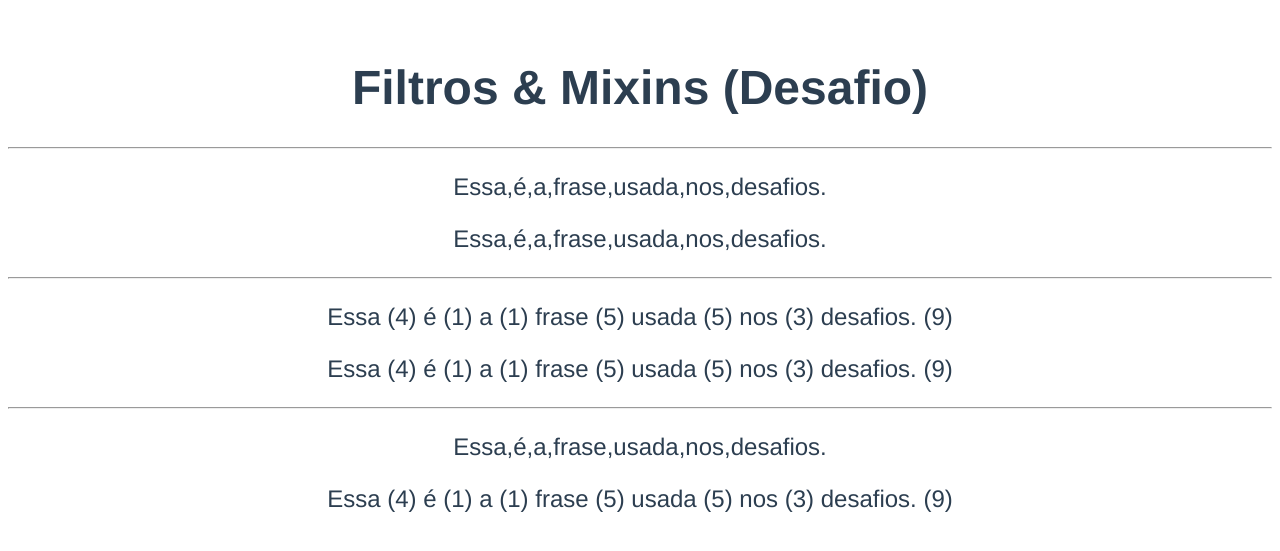
Repository: LucianoBitt/Curso_VueJS
Page: / (app in 11_filtros-mixins/filtros-mixins-desafio/)
The author's editor kept a copy of each file at every save. The page is drawn from the files as they stood at one save, then again after the next save.
The browser window is 1280 px wide. The pictures show the whole page.
The project was rebuilt for these pictures with package versions that can differ from the ones it lists, and the page was loaded fresh each time.

Above is the page before, as saved 2023-12-21 14:28:16.

### 11_filtros-mixins/filtros-mixins-desafio/src/main.js
import Vue from 'vue'
import App from './App.vue'

Vue.config.productionTip = false

Vue.filter('contarPalavras', function(valor) {
    return valor.split(' ').map(p => `${p} (${p.length})`).join(' ')
})

new Vue({
    render: h => h(App),
}).$mount('#app')

### 11_filtros-mixins/filtros-mixins-desafio/src/App.vue
<template>
	<div id="app">
		<h1>Filtros & Mixins (Desafio)</h1>
		<hr>
		<p>{{ frase | espaco-por-virgula }}</p>
		<p>{{ frase | espacoPorVirgula }}</p>
		<hr>
		<p>{{ frase | contar-palavras }}</p>
		<p>{{ frase | contarPalavras }}</p>
		<hr>
		<p>{{ fraseComVirgulas }}</p>
		<p>{{ fraseComTamanhos }}</p>

		<!-- Exercício 4 -->
		<!-- Compartilhe a propriedade computada via mixin -->
	</div>
</template>

<script>
export default {
	data() {
		return {
			frase: 'Essa é a frase usada nos desafios.'
		}
	},
	filters: {
		espacoPorVirgula(valor) {
			return valor.replace(/\s/g, ',')
		}
	},
	computed: {
		fraseComVirgulas() {
			return this.frase.replace(/\s/g, ',')
		},
		fraseComTamanhos() {
			return this.frase.split(' ').map(p => `${p} (${p.length})`).join(' ')
		}
	}
}
</script>

<style>
#app {
	font-family: 'Avenir', Helvetica, Arial, sans-serif;
	-webkit-font-smoothing: antialiased;
	-moz-osx-font-smoothing: grayscale;
	text-align: center;
	color: #2c3e50;
	margin-top: 60px;
	font-size: 1.5rem;
}
</style>

Loaded but not shown: 11_filtros-mixins/filtros-mixins-desafio/public/index.html (common file)

After the next save:
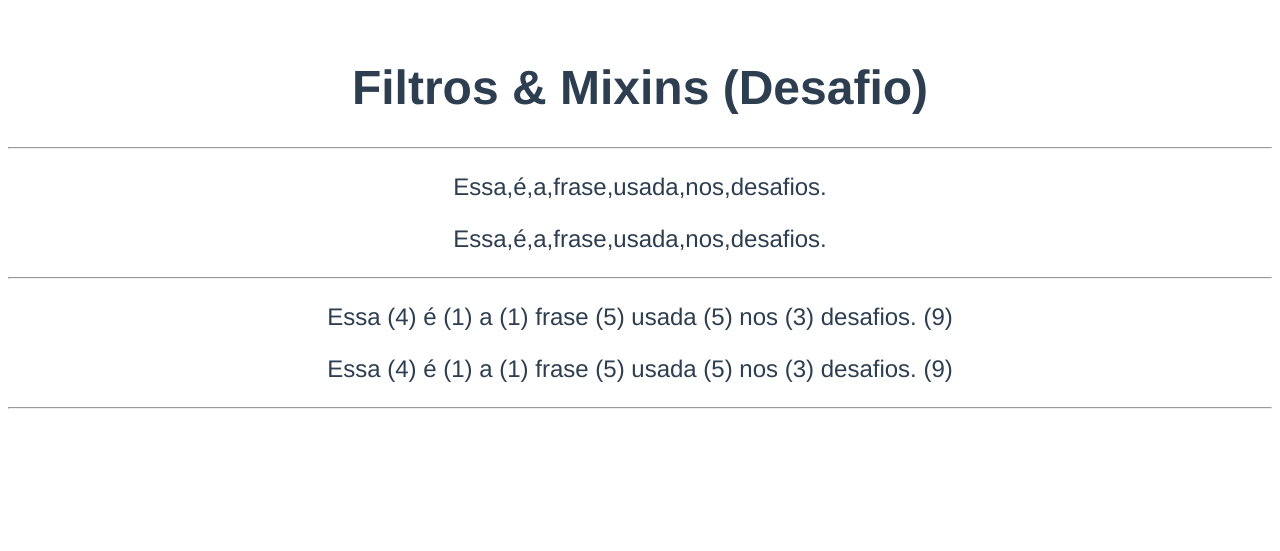
Saved 3 min 30 s later.
--- a/11_filtros-mixins/filtros-mixins-desafio/src/App.vue
+++ b/11_filtros-mixins/filtros-mixins-desafio/src/App.vue
@@ -27,14 +27,6 @@ export default {
 		espacoPorVirgula(valor) {
 			return valor.replace(/\s/g, ',')
 		}
-	},
-	computed: {
-		fraseComVirgulas() {
-			return this.frase.replace(/\s/g, ',')
-		},
-		fraseComTamanhos() {
-			return this.frase.split(' ').map(p => `${p} (${p.length})`).join(' ')
-		}
 	}
 }
 </script>
